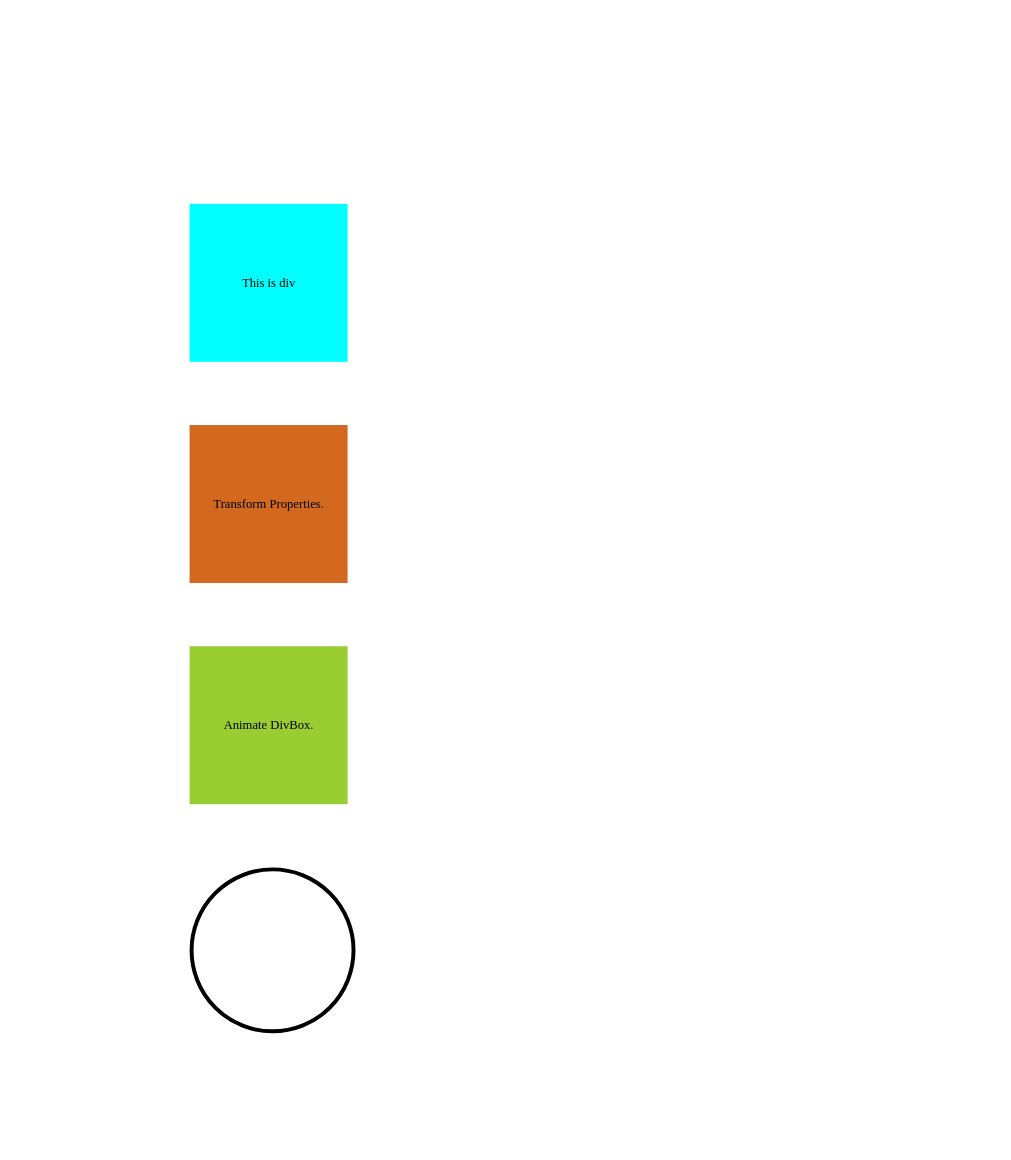
Repository: rakeshkolpepatil/CSS_Apana_College
Page: index.html
An editor plug-in stored every save of this project. The page is shown before and after the next save, followed by the edit.
The browser window is 1280 px wide. The pictures show the whole page, at 79% of full size.

Above is the page before, as saved 2023-06-26 17:52:18.

After the next save:
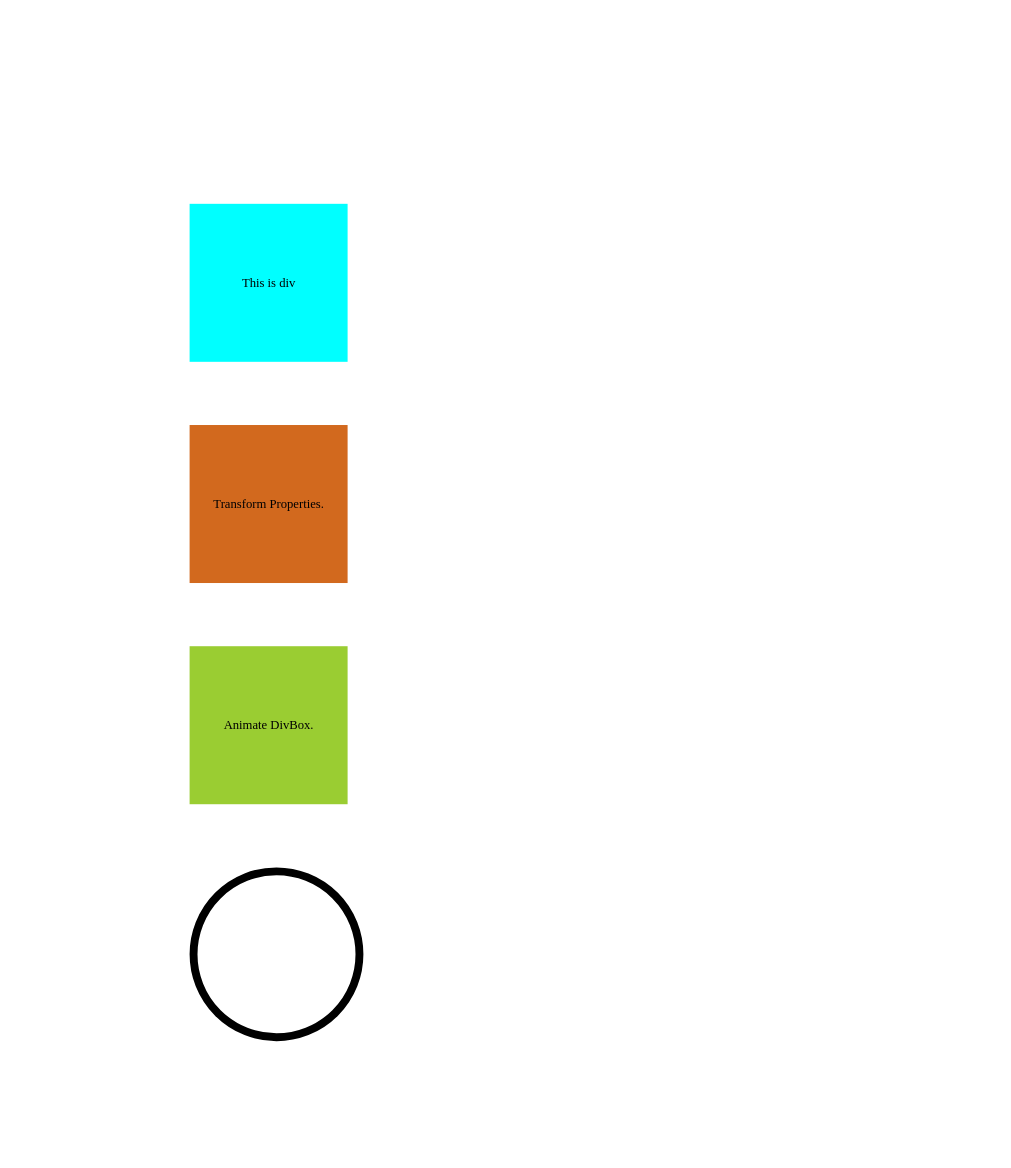
Saved 11 s later.
--- a/transition.css
+++ b/transition.css
@@ -89,5 +89,5 @@
   width: 200px;
   height: 200px;
   border-radius: 50%;
-  border: 5px solid black;
+  border: 10px solid black;
 }
